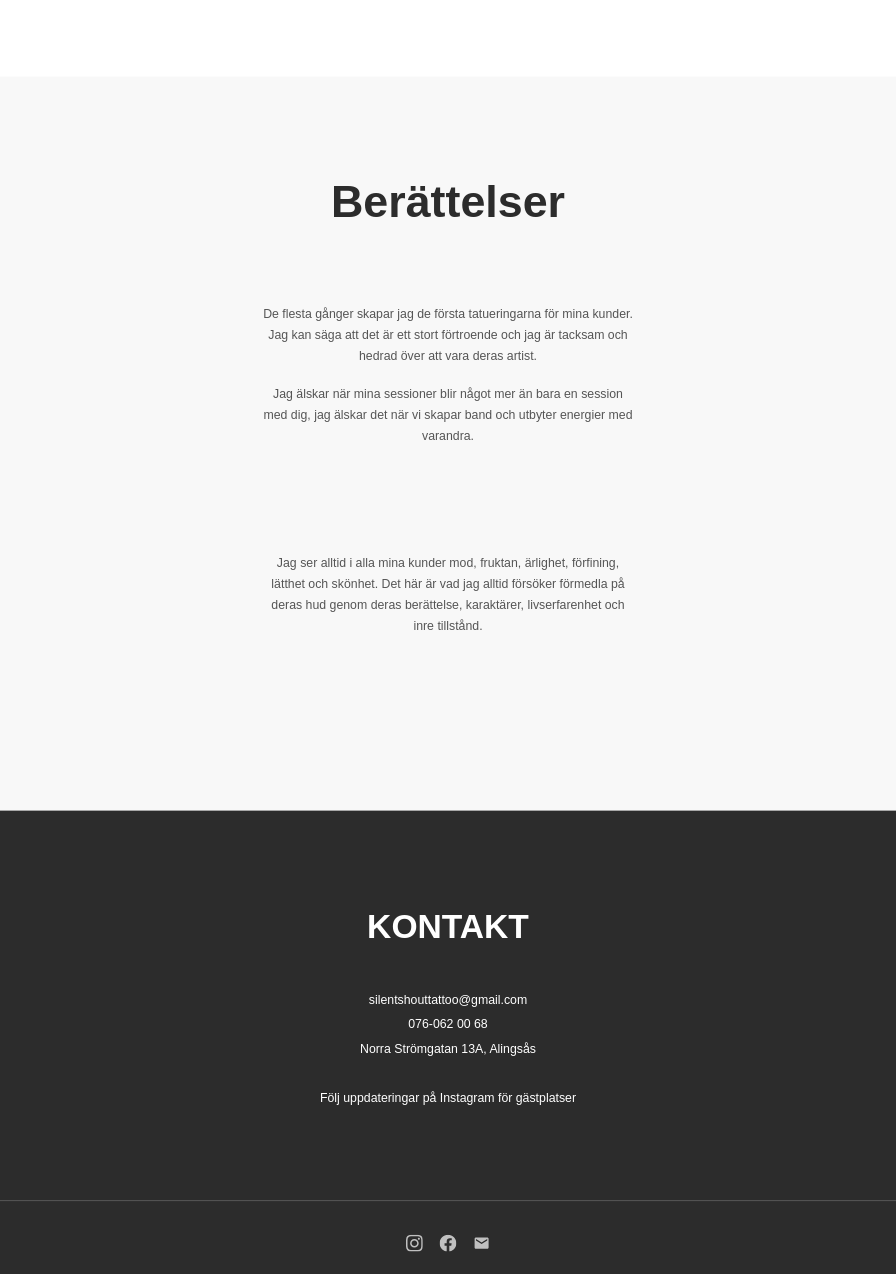
Repository: public-websites/silentshouttattoose
Page: index.html
The author's editor kept a copy of each file at every save. The page is drawn from the files as they stood at one save, then again after the next save.
The browser window is 1280 px wide. The pictures show the part of the page from y = 4580 to 6500 px (the page is 6400 px tall before and 6701 px after), at 70% of full size.

Above is the page before, as saved 2025-06-26 09:04:39.

### index.html
<!DOCTYPE html>
<html lang="sv">
<head>
    <meta charset="UTF-8">
    <meta name="viewport" content="width=device-width, initial-scale=1.0">
    <title>Silent Shout - Den omtänksamma studion</title>
    <link rel="stylesheet" href="styles.css">
</head>
<body>
    <header class="social-header">
        <div class="container">
            <div class="social-icons">
                <a href="https://instagram.com" target="_blank" class="social-icon" aria-label="Instagram">
                    <svg viewBox="0 0 24 24" fill="currentColor">
                        <path d="M12 2.163c3.204 0 3.584.012 4.85.07 3.252.148 4.771 1.691 4.919 4.919.058 1.265.069 1.645.069 4.849 0 3.205-.012 3.584-.069 4.849-.149 3.225-1.664 4.771-4.919 4.919-1.266.058-1.644.07-4.85.07-3.204 0-3.584-.012-4.849-.07-3.26-.149-4.771-1.699-4.919-4.92-.058-1.265-.07-1.644-.07-4.849 0-3.204.013-3.583.07-4.849.149-3.227 1.664-4.771 4.919-4.919 1.266-.057 1.645-.069 4.849-.069zm0-2.163c-3.259 0-3.667.014-4.947.072-4.358.2-6.78 2.618-6.98 6.98-.059 1.281-.073 1.689-.073 4.948 0 3.259.014 3.668.072 4.948.2 4.358 2.618 6.78 6.98 6.98 1.281.058 1.689.072 4.948.072 3.259 0 3.668-.014 4.948-.072 4.354-.2 6.782-2.618 6.979-6.98.059-1.28.073-1.689.073-4.948 0-3.259-.014-3.667-.072-4.947-.196-4.354-2.617-6.78-6.979-6.98-1.281-.059-1.69-.073-4.949-.073zm0 5.838c-3.403 0-6.162 2.759-6.162 6.162s2.759 6.163 6.162 6.163 6.162-2.759 6.162-6.163c0-3.403-2.759-6.162-6.162-6.162zm0 10.162c-2.209 0-4-1.79-4-4 0-2.209 1.791-4 4-4s4 1.791 4 4c0 2.21-1.791 4-4 4zm6.406-11.845c-.796 0-1.441.645-1.441 1.44s.645 1.44 1.441 1.44c.795 0 1.439-.645 1.439-1.44s-.644-1.44-1.439-1.44z"/>
                    </svg>
                </a>
                <a href="https://facebook.com" target="_blank" class="social-icon" aria-label="Facebook">
                    <svg viewBox="0 0 24 24" fill="currentColor">
                        <path d="M24 12.073c0-6.627-5.373-12-12-12s-12 5.373-12 12c0 5.99 4.388 10.954 10.125 11.854v-8.385H7.078v-3.47h3.047V9.43c0-3.007 1.792-4.669 4.533-4.669 1.312 0 2.686.235 2.686.235v2.953H15.83c-1.491 0-1.956.925-1.956 1.874v2.25h3.328l-.532 3.47h-2.796v8.385C19.612 23.027 24 18.062 24 12.073z"/>
                    </svg>
                </a>
                <a href="mailto:info@inksoul.se" class="social-icon" aria-label="Email">
                    <svg viewBox="0 0 24 24" fill="currentColor">
                        <path d="M20 4H4c-1.1 0-1.99.9-1.99 2L2 18c0 1.1.9 2 2 2h16c1.1 0 2-.9 2-2V6c0-1.1-.9-2-2-2zm0 4l-8 5-8-5V6l8 5 8-5v2z"/>
                    </svg>
                </a>
            </div>
        </div>
    </header>

    <section class="hero">
        <div class="container">
            <div class="hero-text">
                <p class="hero-quote">Jag känner din energi och överför den till den dyraste duken i världen –</p>
                <h1 class="studio-name">Silent<br>Shout</h1>
                <p class="studio-tagline">Tatueringsartist & konstnär</p>
                <p class="location">Baserad i Alingsås</p>
                <a href="#booking" class="cta-button">Skicka förfrågan</a>
            </div>
        </div>
    </section>

    <section class="story-section">
        <div class="container">
            <div class="story-content fade-in">
                <p class="story-text">
                    Jag älskar att arbeta med människor och skapa något från noll som kommer att finnas kvar för alltid på den mänskliga kroppen.
                    Jag gör freehand och freestyle-tatueringar – det handlar om frihet och känsla.
                </p>
                <p class="story-text">
                    Alla har sin egen speciella energi som jag läser under våra första 15 minuter när vi träffas:
                    Hur du ler, hur du pratar, hur du känner dig. Då kommer en bild i mitt huvud där jag redan kan se den framtida designen för ditt projekt.
                </p>
                <p class="story-highlight">
                    Processen för mig är alltid som om vi dansar och känner varandra, och då kommer något unikt för dig och för mig.
                </p>
            </div>
        </div>
    </section>

    <section class="large-text-section">
        <div class="container">
            <h2 class="large-text split fade-in">
                Känsligt
                <span>Käns-</span>
                <span>Ligt</span>
            </h2>
        </div>

        <!-- Animated GIF Element -->
        <div class="animated-gif">
            <img src="https://media2.giphy.com/media/v1.Y2lkPTc5MGI3NjExbzJpbTR2cWllN2oxamhwMTZ6MjFmYzZ1czZ1b2Y0cXg3MmRrZDRkbiZlcD12MV9pbnRlcm5hbF9naWZfYnlfaWQmY3Q9Zw/3ohs7UJi7uqAcquQoM/giphy.gif" alt="Animated line drawing" />
        </div>
    </section>

    <section class="philosophy-section">
        <div class="container">
            <p class="philosophy-text fade-in">
                Förtroende för artisten börjar med förtroende för världen. Mitt mål är att inspirera tro på dig själv,
                framtiden och livet självt genom tatueringar. Jag vill förmedla ett budskap genom min konst att du är fri och fri alltid och överallt.
            </p>
        </div>
    </section>

    <section class="large-text-section">
        <div class="container">
            <h2 class="large-text split fade-in">
                Din
                <span>Värde-</span>
                <span>Fulla</span>
            </h2>
        </div>

        <!-- Animated SVG Drawing Element -->
        <div class="animated-drawing">
            <svg viewBox="0 0 200 200" xmlns="http://www.w3.org/2000/svg">
                <path d="M50,100 Q100,50 150,100 Q100,150 50,100" />
                <path d="M80,70 Q100,90 120,70 Q100,50 80,70" />
                <path d="M80,130 Q100,110 120,130 Q100,150 80,130" />
                <path d="M100,80 L100,120 M80,100 L120,100" />
            </svg>
        </div>
    </section>

    <section class="booking-section" id="booking">
        <div class="container">
            <h2 class="booking-title fade-in">Låt oss vibba tillsammans</h2>
            <div class="form-container fade-in">
                <div class="form-intro">
                    <h3>Skapa din historia</h3>
                    <p>Berätta för mig om din vision, din energi, din berättelse. Jag kommer att skapa något unikt bara för dig.</p>
                </div>

                <!-- Profil och kontaktinfo sida vid sida -->
                <div class="profile-contact-row">
                    <div class="profile-image-wrapper">
                        <img src="profile.jpg" alt="Silent Shout Tattoo Artist" class="profile-image">
                    </div>
                    <div class="profile-contact-info">
                        <div class="contact-info-section">
                            <h4>Telefon</h4>
                            <p><a href="tel:0760620068">076-062 00 68</a></p>
                        </div>
                        <div class="contact-info-section">
                            <h4>E-post</h4>
                            <p><a href="mailto:silentshouttattoo@gmail.com">silentshouttattoo@gmail.com</a></p>
                        </div>
                        <div class="opening-hours">
                            <h4>Öppettider</h4>
                            <p>Vardagar 10.00 — 17.00</p>
                            <p>Lördagar vid bokad tid</p>
                        </div>
                    </div>
                </div>

                <!-- Form Toggle Buttons -->
                <div class="form-toggle">
                    <button class="toggle-btn active" data-form="custom">Snabbformulär</button>
                    <button class="toggle-btn" data-form="google">Detaljerat Formulär</button>
                </div>

                <!-- Custom Form -->
                <form class="custom-form" id="contactForm">
                    <div class="form-intro">
                        <h3>Har du frågor eller vill du boka tid? Fyll i formuläret så kontaktar vi dig så fort vi kan.</h3>
                    </div>

                    <div class="form-fields">
                        <div class="form-row">
                            <div class="form-group">
                                <label for="name">Namn</label>
                                <input type="text" id="name" name="name" required>
                            </div>

                            <div class="form-group">
                                <label for="email">E-post</label>
                                <input type="email" id="email" name="email" required>
                            </div>
                        </div>

                        <div class="form-row">
                            <div class="form-group">
                                <label for="phone">Telefon</label>
                                <input type="tel" id="phone" name="phone">
                            </div>

                            <div class="form-group">
                                <label for="message">Meddelande</label>
                                <textarea id="message" name="message" rows="4"></textarea>
                            </div>
                        </div>

                        <div class="checkbox-group">
                            <input type="checkbox" id="privacy" name="privacy" required>
                            <label for="privacy">
                                Jag accepterar <a href="#" target="_blank">Hantering av personuppgifter</a>
                            </label>
                        </div>

                        <button type="submit" class="submit-button">SKICKA</button>
                    </div>
                </form>

                <!-- Google Forms Container -->
                <div class="google-form-container" style="display: none;">
                    <div class="form-loading" id="formLoading">
                        <div class="spinner"></div>
                        <p>laddar formulär...</p>
                    </div>

                    <iframe
                        src="https://docs.google.com/forms/d/e/1FAIpQLSe5F3VtygnRylmXwHNeTswBMIdDoRpoEf7FgPYu2_uIHeA4zQ/viewform?embedded=true&vc=0&c=0&w=1&flr=0"
                        frameborder="0"
                        marginheight="0"
                        marginwidth="0"
                        onload="hideLoading()"
                        style="display: none;"
                        id="bookingForm">
                        Laddar...
                    </iframe>
                </div>
            </div>
        </div>
    </section>

    <section class="stories-section">
        <div class="container">
            <h2 class="stories-title fade-in">Berättelser</h2>

            <div class="story-card fade-in">
                <p>
                    De flesta gånger skapar jag de första tatueringarna för mina kunder. Jag kan säga att det är ett stort förtroende och jag är tacksam och hedrad över att vara deras artist.
                </p>
                <p>
                    Jag älskar när mina sessioner blir något mer än bara en session med dig, jag älskar det när vi skapar band och utbyter energier med varandra.
                </p>
            </div>

            <div class="story-card fade-in">
                <p>
                    Jag ser alltid i alla mina kunder mod, fruktan, ärlighet, förfining, lätthet och skönhet.
                    Det här är vad jag alltid försöker förmedla på deras hud genom deras berättelse, karaktärer, livserfarenhet och inre tillstånd.
                </p>
            </div>
        </div>
    </section>

    <section class="contact-section">
        <div class="container">
            <h2 class="contact-title fade-in">Kontakt</h2>
            <div class="contact-info fade-in">
                <p><a href="mailto:silentshouttattoo@gmail.com">silentshouttattoo@gmail.com</a></p>
                <p><a href="tel:0760620068">076-062 00 68</a></p>
                <p>Norra Strömgatan 13A, Alingsås</p>
                <br>
                <p><a href="https://instagram.com" target="_blank">Följ uppdateringar på Instagram för gästplatser</a></p>
            </div>
        </div>
    </section>

    <footer class="social-footer">
        <div class="container">
            <div class="social-icons">
                <a href="https://instagram.com" target="_blank" class="social-icon" aria-label="Instagram">
                    <svg viewBox="0 0 24 24" fill="currentColor">
                        <path d="M12 2.163c3.204 0 3.584.012 4.85.07 3.252.148 4.771 1.691 4.919 4.919.058 1.265.069 1.645.069 4.849 0 3.205-.012 3.584-.069 4.849-.149 3.225-1.664 4.771-4.919 4.919-1.266.058-1.644.07-4.85.07-3.204 0-3.584-.012-4.849-.07-3.26-.149-4.771-1.699-4.919-4.92-.058-1.265-.07-1.644-.07-4.849 0-3.204.013-3.583.07-4.849.149-3.227 1.664-4.771 4.919-4.919 1.266-.057 1.645-.069 4.849-.069zm0-2.163c-3.259 0-3.667.014-4.947.072-4.358.2-6.78 2.618-6.98 6.98-.059 1.281-.073 1.689-.073 4.948 0 3.259.014 3.668.072 4.948.2 4.358 2.618 6.78 6.98 6.98 1.281.058 1.689.072 4.948.072 3.259 0 3.668-.014 4.948-.072 4.354-.2 6.782-2.618 6.979-6.98.059-1.28.073-1.689.073-4.948 0-3.259-.014-3.667-.072-4.947-.196-4.354-2.617-6.78-6.979-6.98-1.281-.059-1.69-.073-4.949-.073zm0 5.838c-3.403 0-6.162 2.759-6.162 6.162s2.759 6.163 6.162 6.163 6.162-2.759 6.162-6.163c0-3.403-2.759-6.162-6.162-6.162zm0 10.162c-2.209 0-4-1.79-4-4 0-2.209 1.791-4 4-4s4 1.791 4 4c0 2.21-1.791 4-4 4zm6.406-11.845c-.796 0-1.441.645-1.441 1.44s.645 1.44 1.441 1.44c.795 0 1.439-.645 1.439-1.44s-.644-1.44-1.439-1.44z"/>
                    </svg>
                </a>
                <a href="https://facebook.com" target="_blank" class="social-icon" aria-label="Facebook">
                    <svg viewBox="0 0 24 24" fill="currentColor">
                        <path d="M24 12.073c0-6.627-5.373-12-12-12s-12 5.373-12 12c0 5.99 4.388 10.954 10.125 11.854v-8.385H7.078v-3.47h3.047V9.43c0-3.007 1.792-4.669 4.533-4.669 1.312 0 2.686.235 2.686.235v2.953H15.83c-1.491 0-1.956.925-1.956 1.874v2.25h3.328l-.532 3.47h-2.796v8.385C19.612 23.027 24 18.062 24 12.073z"/>
                    </svg>
                </a>
                <a href="mailto:info@inksoul.se" class="social-icon" aria-label="Email">
                    <svg viewBox="0 0 24 24" fill="currentColor">
                        <path d="M20 4H4c-1.1 0-1.99.9-1.99 2L2 18c0 1.1.9 2 2 2h16c1.1 0 2-.9 2-2V6c0-1.1-.9-2-2-2zm0 4l-8 5-8-5V6l8 5 8-5v2z"/>
                    </svg>
                </a>
            </div>
        </div>
    </footer>

    <script src="script.js"></script>
</body>
</html>

Loaded but not shown: script.js (92 lines, source omitted); styles.css (845 lines, source omitted)

After the next save:
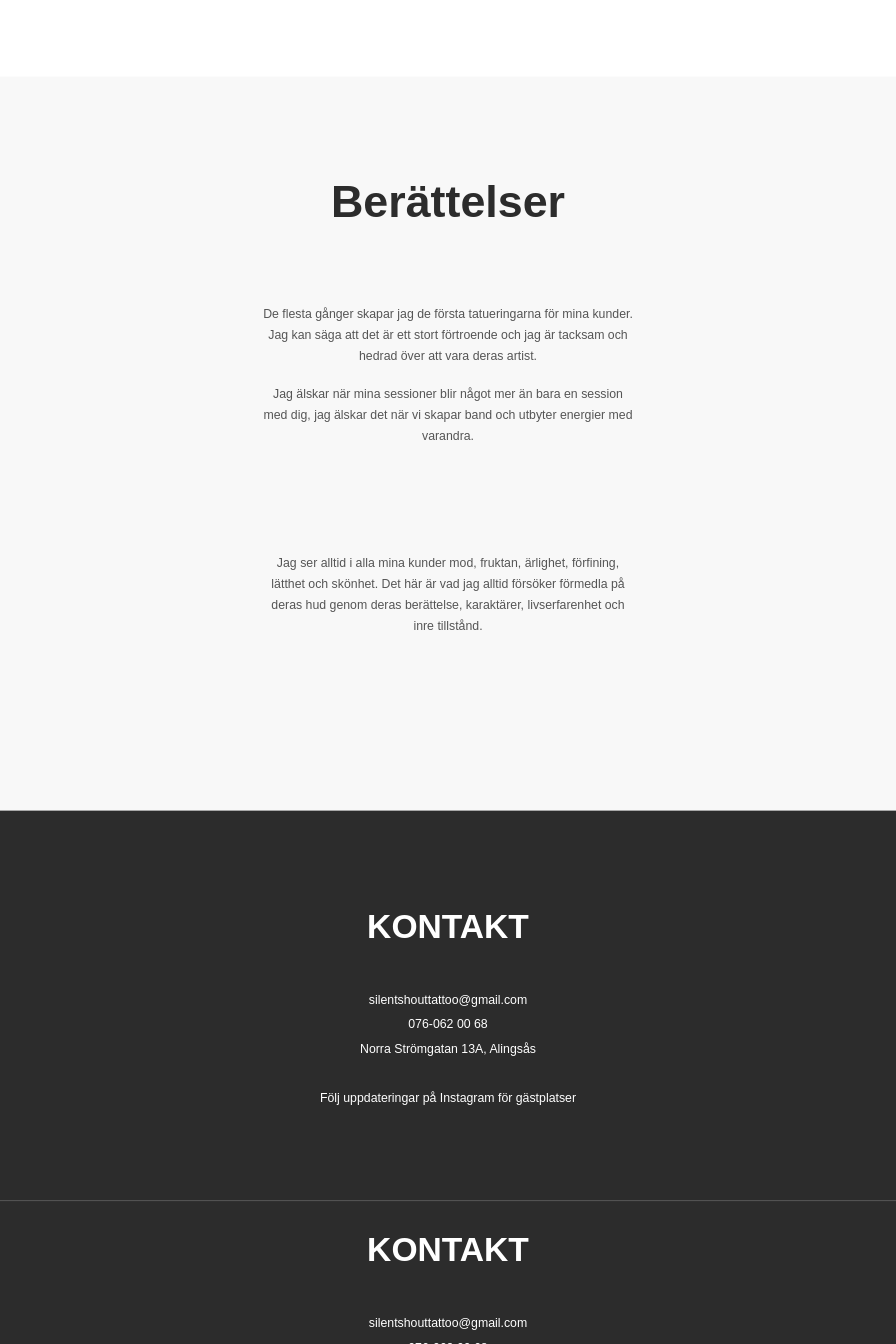
Saved 3 s later.
--- a/index.html
+++ b/index.html
@@ -241,6 +241,14 @@
 
     <footer class="social-footer">
         <div class="container">
+            <h2 class="contact-title">Kontakt</h2>
+            <div class="contact-info">
+                <p><a href="mailto:silentshouttattoo@gmail.com">silentshouttattoo@gmail.com</a></p>
+                <p><a href="tel:0760620068">076-062 00 68</a></p>
+                <p>Norra Strömgatan 13A, Alingsås</p>
+                <br>
+                <p><a href="https://instagram.com" target="_blank">Följ uppdateringar på Instagram för gästplatser</a></p>
+            </div>
             <div class="social-icons">
                 <a href="https://instagram.com" target="_blank" class="social-icon" aria-label="Instagram">
                     <svg viewBox="0 0 24 24" fill="currentColor">
